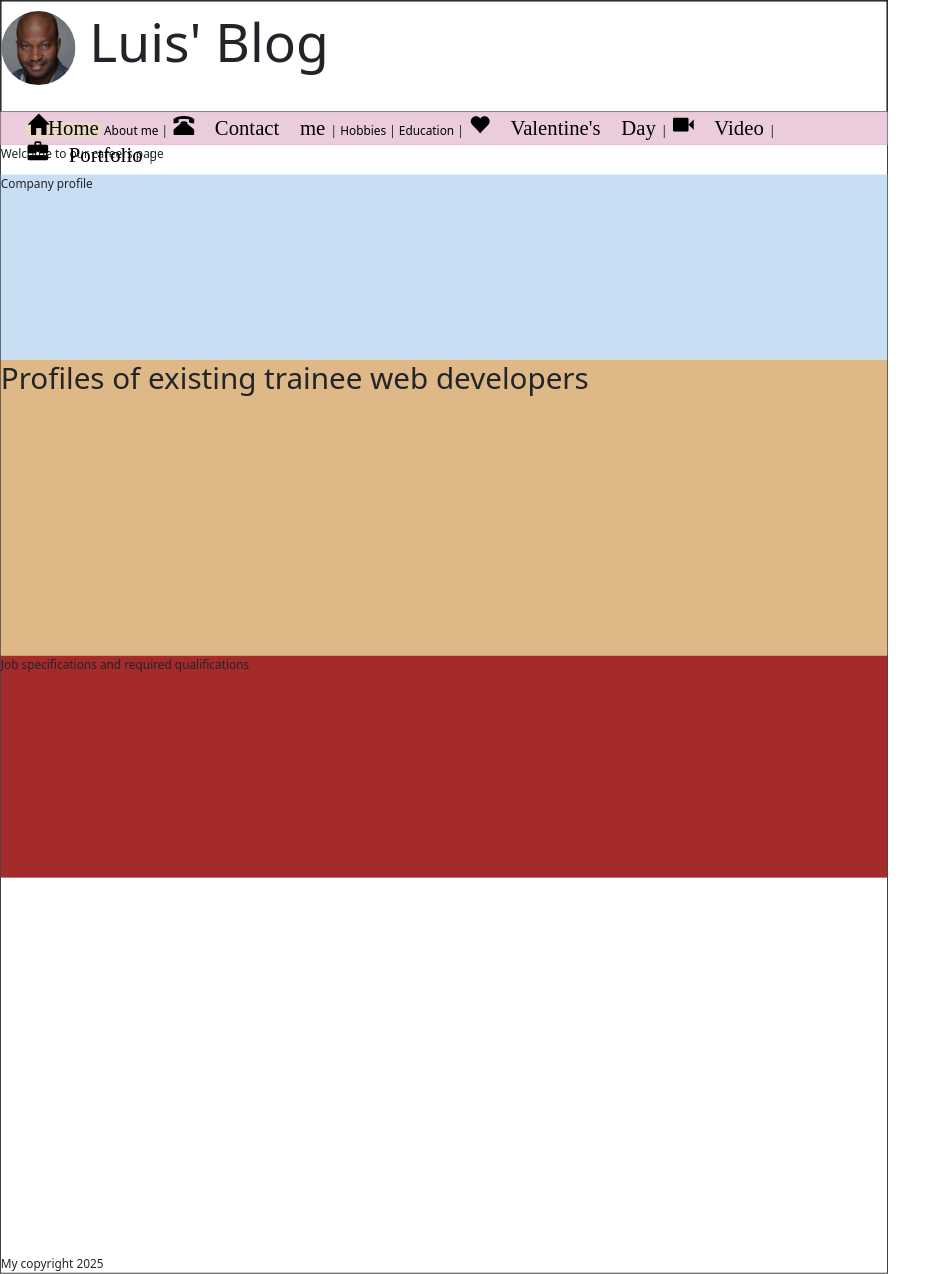
Repository: Apex-03/Apex-03.github.io
Page: careers.html
These files come from the project's save history. The page is drawn as it stood at one moment and after the next save; the edit follows.
The browser window is 1280 px wide. The pictures show the whole page, at 74% of full size.

Above is the page before, as saved 2025-05-02 14:07:46.

### careers.html
<!doctype html>
<html lang="en-GB">

<head>
<meta charset="utf-8" />
<meta name="viewport" content="width=width-device, initial-scale=1 strink-to-fit=no" />
<meta description="Website development, Web design" />
<title>Luis's Blog </title>
<link rel="stylesheet" type="text/css" href="mycss/myblog.css" />
<script type="text/javascript" src="myjsfiles/mytasks.js"/> </script>

<link rel="stylesheet" type="text/css" href="my_bootstrap/css/bootstrap.min.css" />

<link rel="stylesheet" type="text/css" href="glyphicons-only-bootstrap/css/bootstrap.min.css" />

<script type="text/javascript" src="my_bootstrap/js/bootstrap.min.js" /> </script>

<script type="text/javascript" src="my_jquery/jquery-3.7.1.min.js" /> </script>




</head>
<body>
<div id="mypage">
<div id="banner"> <img src="images/luis_photo.jpg" alt="photo of Luis Ibhiabor" width="100" height="100"/> Luis' Blog</div>
<div id="topnav">
<ul>
<li class="hm"> <a href="#" class="glyphicon glyphicon-home gi-2x">Home</a></li>
<li> <a href="#"> About me </a> </li> |
<li> <a href="#" class="glyphicon glyphicon-phone-alt gi-2x"> Contact me </a> </li> |
<li> <a href="#"> Hobbies </a> </li> |
<li> <a href="#"> Education </a> </li> |
<li> <a href="#" class="glyphicon glyphicon-heart gi-2x"> Valentine's Day</a> </li> |
<li> <a href="#" class="glyphicon glyphicon glyphicon-facetime-video gi-2x"> Video </a> </li> |
<li> <a href="#" class="glyphicon glyphicon glyphicon-briefcase gi-2x"> Portfolio </a> </li> |


</ul>
</div>

<div id="contentarea">
<p> Welcome to our careers page</p>

<div class="company_profile"><p>Company profile</p></div>

<div class="current_trainees"><h1>Profiles of existing trainee web developers</h1></div>

<div class="job_spec"><p>Job specifications and required qualifications</p></div>



 </div>

<div id="pagefooter"> My copyright 2025 </div>

</div>
</body>
</html>

### mycss/myblog.css

body {
background-color: #fff;
font-family: Arial, Helvetica, sans-serif;
}

#mypage {
border: 1px solid #000;
width: 1200px;
}

#banner {
height: 150px;
border: 1px solid #000;
}

#topnav {
height: 45px;
border: 1px solid #edbcca;
}

/*Improving it starts here*/
#topnav {
background-color: #eaccdc;

}

.gi-2x{font-size: 28px; padding: 3px;}
.gi-3x{font-size: 3em;}
.gi-4x{font-size: 4em;}
.gi-5x{font-size: 5em;}


#banner img {
border-radius: 50%;

/*height: 100px; width: 100px; background-color: #ff5733; margin: auto;*/
}

/*Improving it ends here*/


#topnav ul li{
text-decoration: none;
display: inline;
}

#topnav a:link {
text-decoration: none;
color: #000;
}

#topnav a:visited {
color: #caadce;
}

#topnav a:hover {
background-color: #000;
}

#contentarea {
height: 1500px;

}


#banner {
font-size: 450%;

}

.hm {
height: 25px;
background-color: #e8d8c8;
}










/*
#topnav ul li {
text-decoration: none;
display: inline;

}

https://developers.google.com/fonts/docs/getting_started

#mypage {


border: 1px solid #000;
}

*/

.company_profile {
    width: 100%;
    height: 250px;
    background-color: #c8def2;
}

.current_trainees {
    width: 100%;
    height: 400px;
    background-color:burlywood;
}

.job_spec {
    width: 100%;
    height: 300px;
    background-color:brown;
}

### myjsfiles/mytasks.js
/*
document.write("Hello World!");
window.alert("Welcome to my blog!");
*/

Loaded but not shown: my_bootstrap/css/bootstrap.min.css (library); glyphicons-only-bootstrap/css/bootstrap.min.css (library); my_bootstrap/js/bootstrap.min.js (library); my_jquery/jquery-3.7.1.min.js (library)

After the next save:
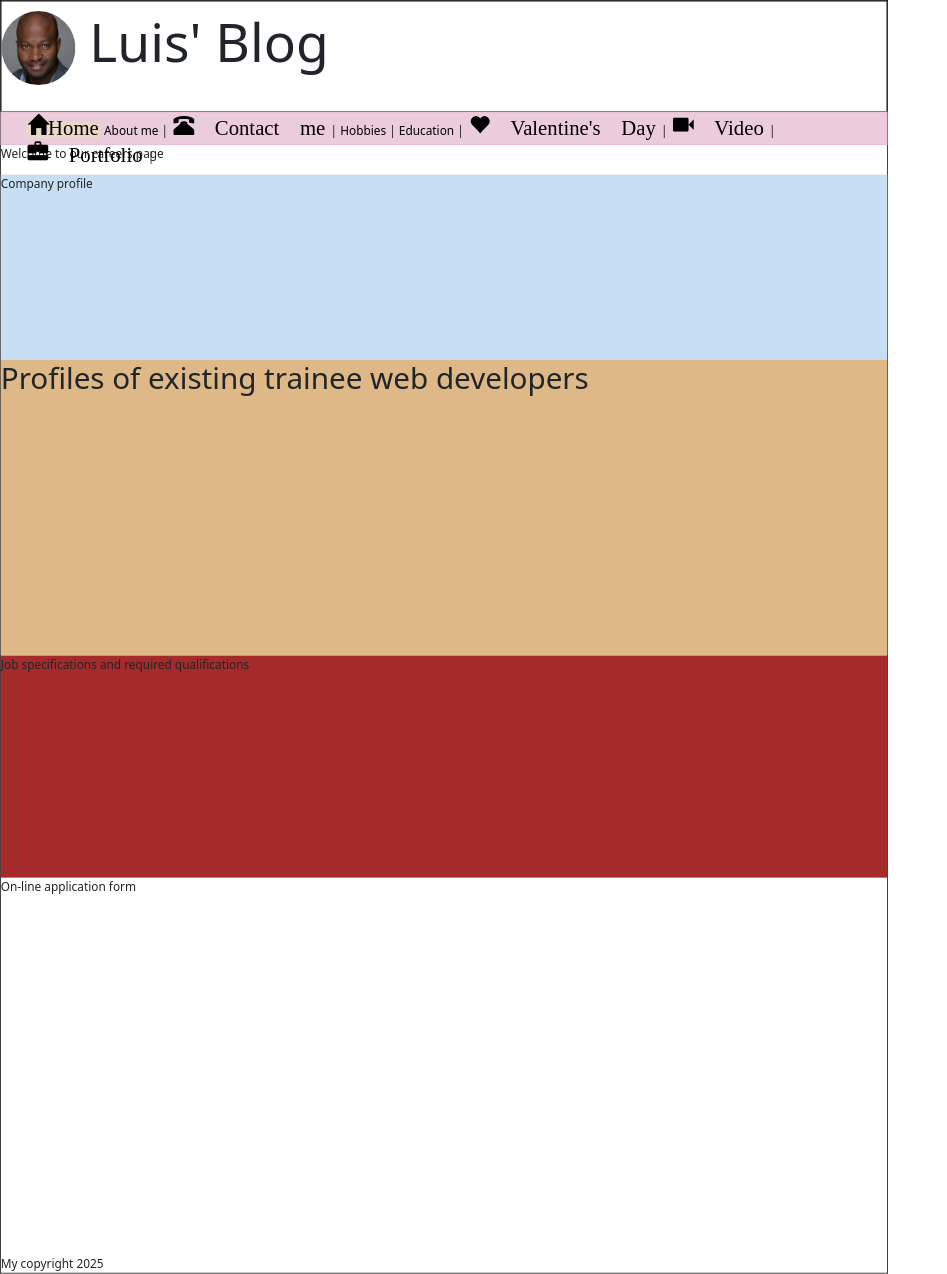
Saved 78 s later.
--- a/careers.html
+++ b/careers.html
@@ -47,6 +47,7 @@
 <div class="current_trainees"><h1>Profiles of existing trainee web developers</h1></div>
 
 <div class="job_spec"><p>Job specifications and required qualifications</p></div>
+<div class="application_form"><p>On-line application form</p></div>
 
 
 
